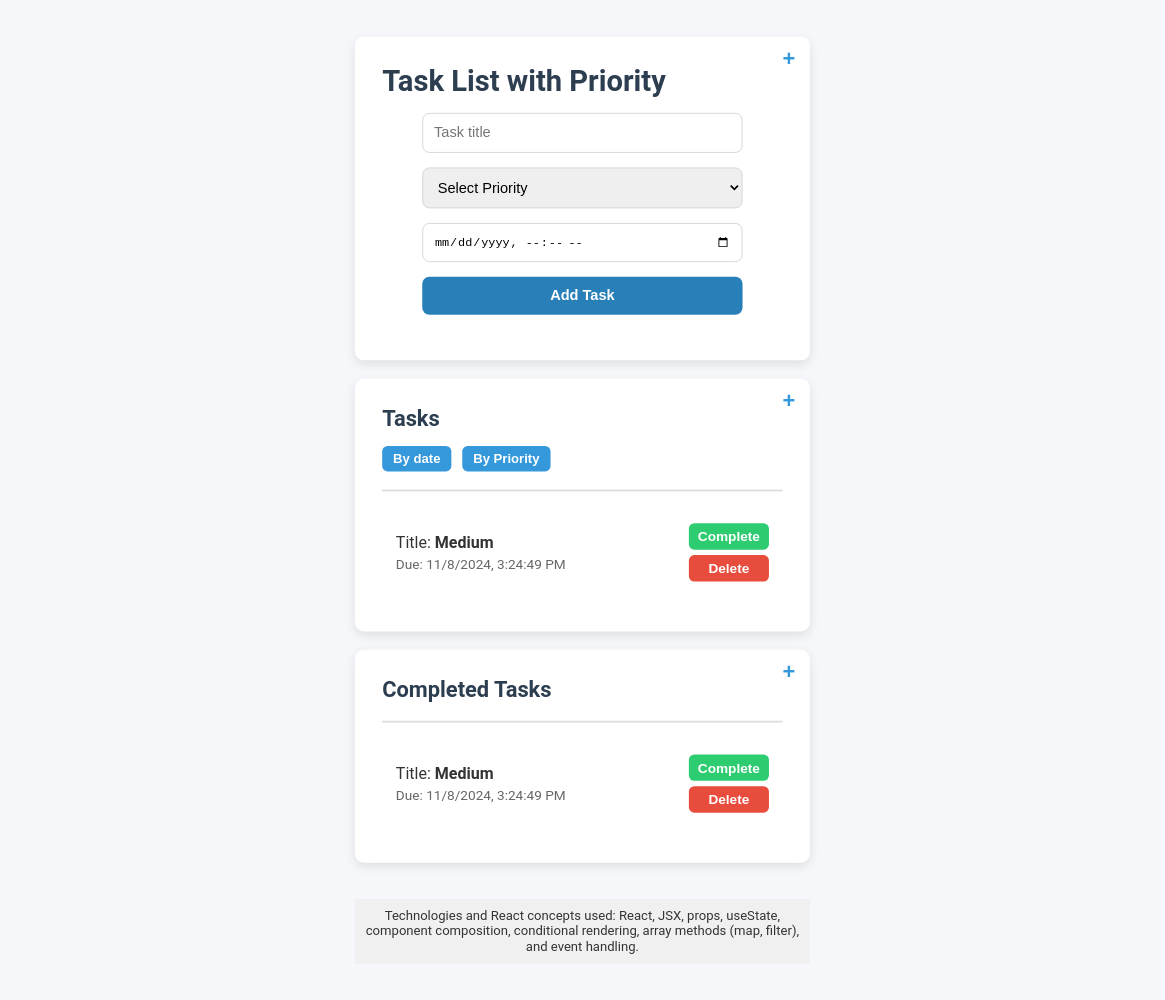
Repository: Lithium87/TaskList
Page: /
The author's editor kept a copy of each file at every save. The page is drawn from the files as they stood at one save, then again after the next save.
The browser window is 1280 px wide. The pictures show the whole page, at 91% of full size.
The project was rebuilt for these pictures with package versions that can differ from the ones it lists, and the page was loaded fresh each time. Also part of the build but not shown: vite.config.js.

Above is the page before, as saved 2025-07-08 17:09:57.

After the next save:
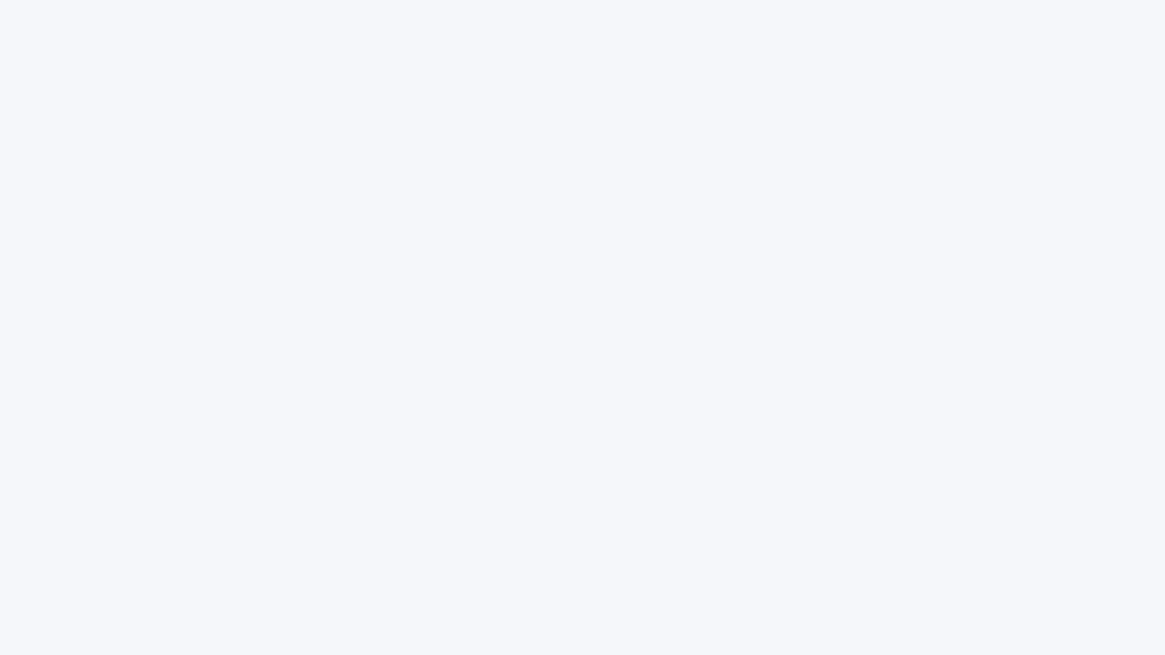
Console error: ReferenceError: useState is not defined
Saved 5 min 38 s later.
--- a/src/App.jsx
+++ b/src/App.jsx
@@ -1,4 +1,6 @@
 function App () {
+  const [openSection, setOpenSection] = useState (null);
+
   return (
     <div className="app">
       <div className="task-container">

After the save that followed:
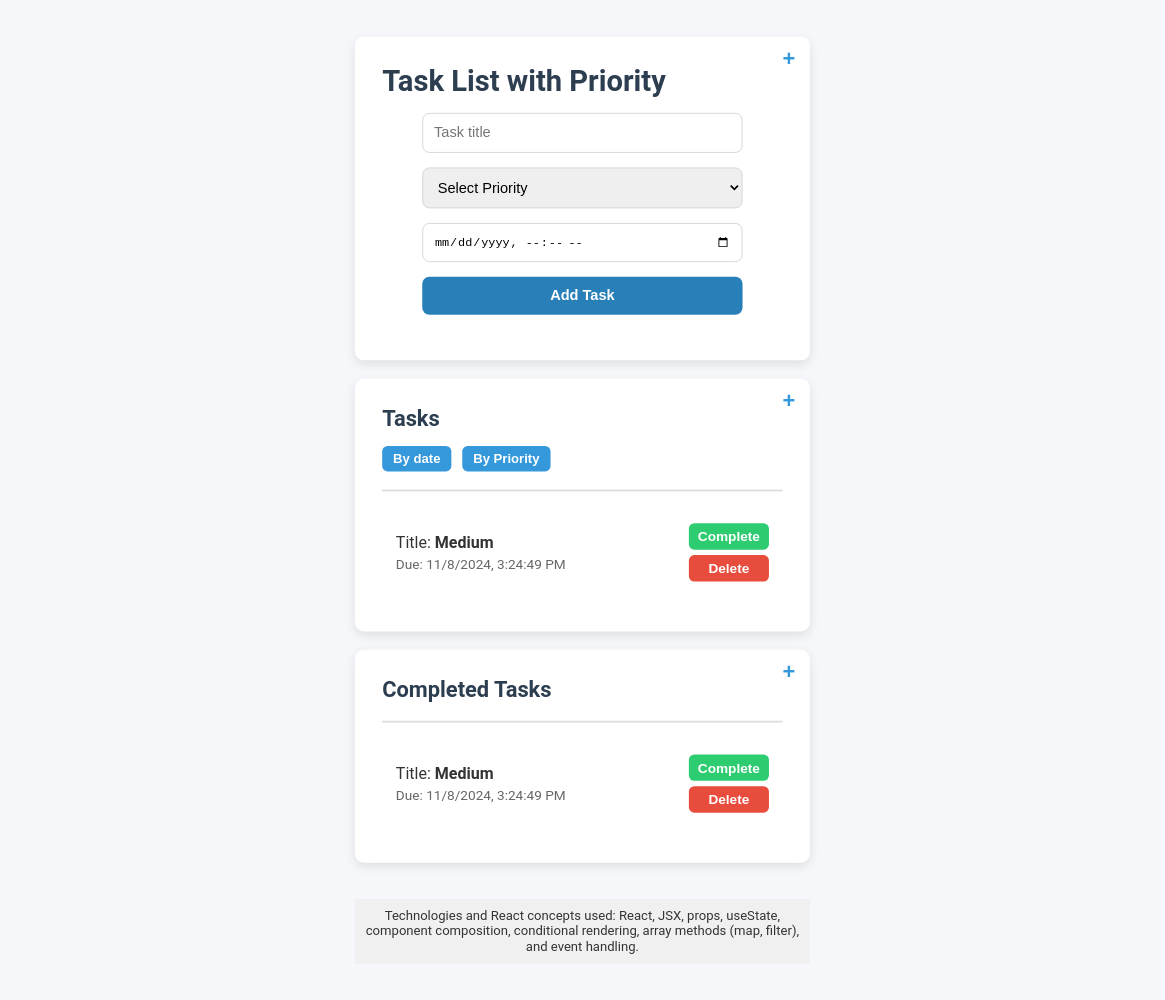
The error is gone.
Saved 43 s later.
--- a/src/App.jsx
+++ b/src/App.jsx
@@ -1,5 +1,11 @@
+import {useState} from 'react';
+
 function App () {
-  const [openSection, setOpenSection] = useState (null);
+  const [openSection, setOpenSection] = useState ({
+    taskForm: false,
+    taskList: false,
+    completedTaskList: false,
+  });
 
   return (
     <div className="app">
